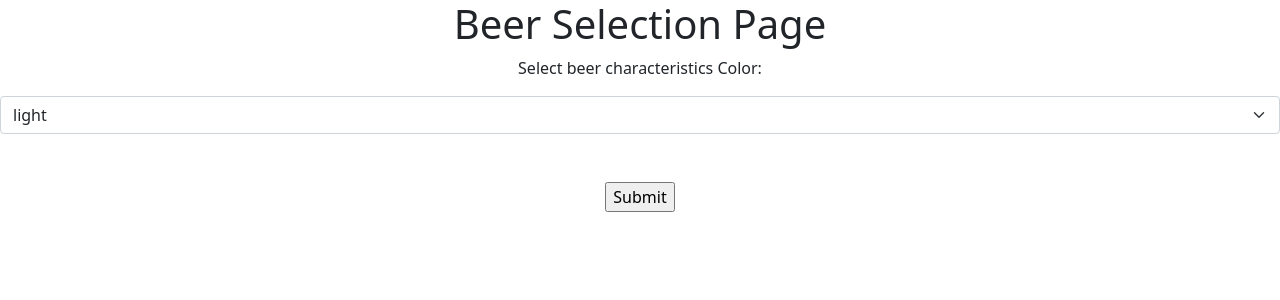
Repository: vedang03/servlet-jsp
Page: http://localhost/10-beer-app/beerSelect.jsp
The author's editor kept a copy of each file at every save. The page is drawn from the files as they stood at one save, then again after the next save.
The browser window is 1280 px wide. The pictures show the whole page.
The page is served by Tomcat 9.

Above is the page before, as saved 2023-10-14 15:36:42.

After the next save:
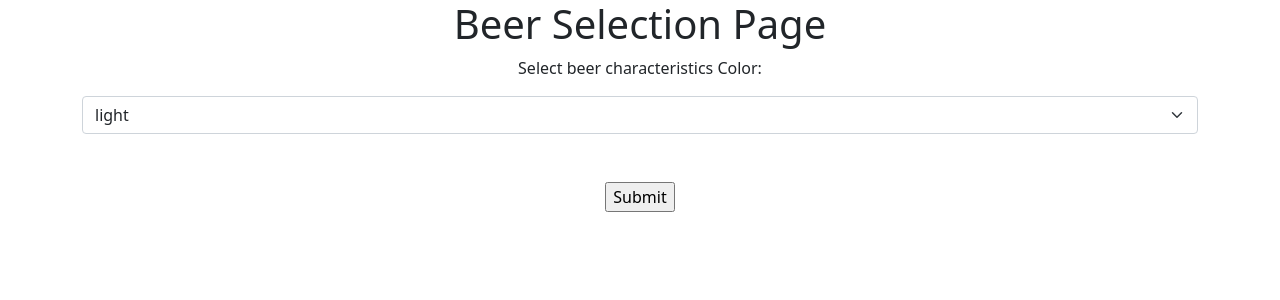
Saved 71 s later.
--- a/10-beer-app/WebContent/beerSelect.jsp
+++ b/10-beer-app/WebContent/beerSelect.jsp
@@ -22,12 +22,14 @@
 Color:
 </p>
 <center>
+<div class="container mt-3">
 <select name="color" size="1" class="form-select">
 <option value="light">light</option>
 <option value="amber">amber</option>
 <option value="brown">brown</option>
 <option value="dark">dark</option>
 </select>
+</div>
 </center>
 <br><br>
 <center>
